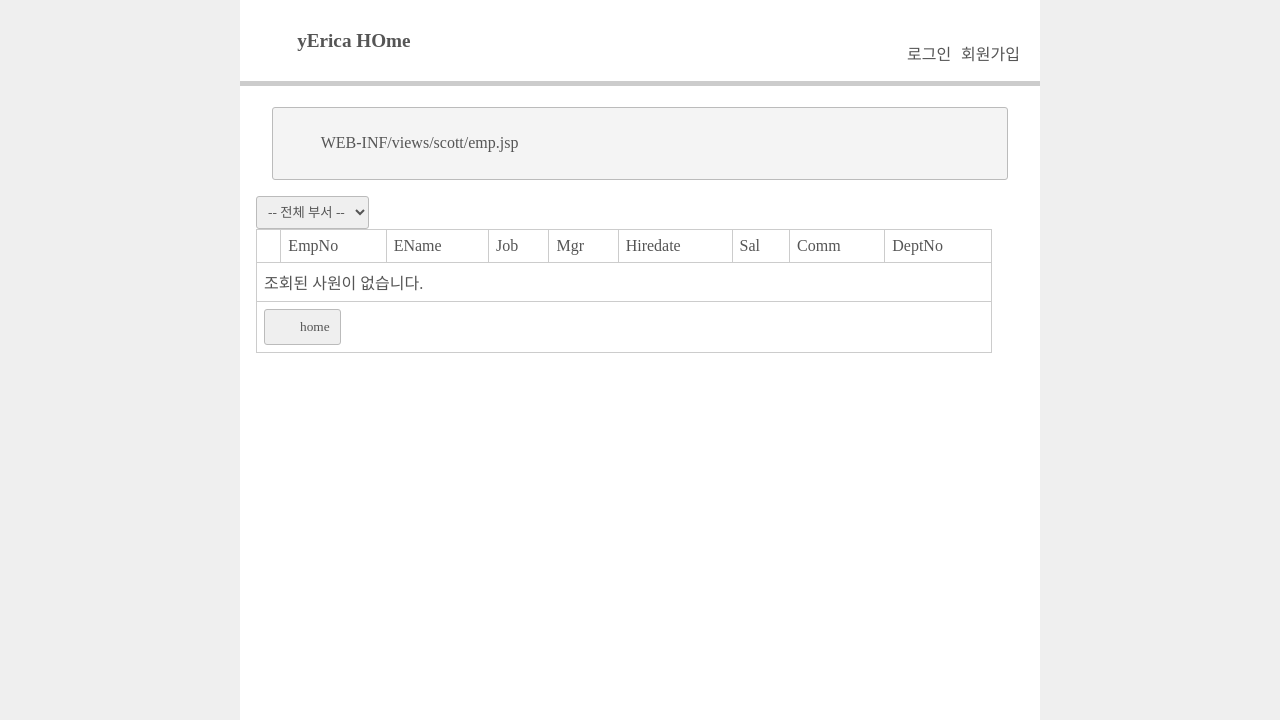
Repository: Yeji-Kim-Erica/SpringClass
Page: http://localhost/SL01_MVC_TEST/WEB-INF/views/scott/empdept.jsp
These files come from the project's save history. The page is drawn as it stood at one moment and after the next save; the edit follows.
The browser window is 1280 px wide. The pictures show the whole page.
Some web fonts or font styles are not loaded; a fallback is used. The page is served by Tomcat 9. Nobody is signed in. Other server files are loaded and not shown. The template is opened directly, without the code that normally fills it, so the values that code supplies are empty.

Above is the page before, as saved 2025-07-01 02:20:27.

### SL01_MVC_TEST/src/main/webapp/WEB-INF/views/scott/empdept.jsp
<%@ page contentType="text/html; charset=UTF-8" pageEncoding="UTF-8"%>
<%@ page trimDirectiveWhitespaces="true" %>
<%@ taglib prefix="c" uri="http://java.sun.com/jsp/jstl/core" %>
<!DOCTYPE html>
<html>
<head>
<meta charset="UTF-8">
<meta name="viewport" content="width=device-width, initial-scale=1.0">
<link rel="shortcut icon" type="image/x-icon" href="/images/SiSt.ico">
<title>EMP (2025. 6. 30. 오후 4:09:01)</title>
<link rel="stylesheet" href="/resources/cdn-main/example.css">
<script src="https://ajax.googleapis.com/ajax/libs/jquery/3.7.1/jquery.min.js"></script>
<script src="/resources/cdn-main/example.js"></script>
<style>
 span.material-symbols-outlined{
    vertical-align: text-bottom;
 }
</style>
</head>
<body>
<header>
  <h1 class="main"><a href="#" style="position: absolute;top:30px;">yErica HOme</a></h1>
  <ul>
    <li><a href="#">로그인</a></li>
    <li><a href="#">회원가입</a></li>
  </ul>
</header>
<div>
  <xmp class="code">
        WEB-INF/views/scott/emp.jsp
  </xmp>

  <div>
	  <form action="/scott/empdept" method="get">
	  <select id="deptno" name="deptno">
	  	<option value="">-- 전체 부서 --</option>
		<c:forEach items="${dlist}" var="dto">
	      <option value="${dto.deptno}" <c:if test="${param.deptno == dto.deptno}">selected</c:if>>
	      	${empty dto.dname ? '부서없음' : dto.dname} (${dto.deptno})
	      </option>
	    </c:forEach>
	  </select>
	  </form>
  </div>
  <div>
	  <table id="tbl-emp">
	  <caption></caption>
	  	<thead>
	  		<tr>
	  			<td></td>
	  			<td>EmpNo</td>
	  			<td>EName</td>
	  			<td>Job</td>
	  			<td>Mgr</td>
	  			<td>Hiredate</td>
	  			<td>Sal</td>
	  			<td>Comm</td>
	  			<td>DeptNo</td>
	  		</tr>
	  	</thead>
	  	<tbody>
            <c:if test="${empty elist}">
                <tr>
                    <td colspan="9">조회된 사원이 없습니다.</td>
                </tr>
            </c:if>
	  		<c:forEach items="${elist}" var="dto">
	  			<tr>
		  			<td><input type="checkbox" value="${ dto.empno }" name="empno"></td>
		  			<td>${dto.empno}</td>
		  			<td>${dto.ename}</td>
		  			<td>${dto.job}</td>
		  			<td>${dto.mgr}</td>
		  			<td>${dto.hiredate}</td>
		  			<td>${dto.sal}</td>
		  			<td>${dto.comm}</td>
		  			<td>${dto.deptno}</td>
	  			</tr>
	  		</c:forEach>
	  	</tbody>
	  	<tfoot>
	      <tr>
	        <td colspan="9">
	          <button id="home" class="home">home</button>
	        </td>
	      </tr>
	  	</tfoot>
	  </table>
	</div>
</div>

<script>
	$(function() {
		$("#deptno").on("change", function() {
			$("form").submit();
		});
	}); // document.ready() 닫기

</script>

</body>
</html>

### SL01_MVC_TEST/src/main/webapp/resources/cdn-main/example.css
@charset "UTF-8";

@import url('https://fonts.googleapis.com/css2?family=Material+Symbols+Outlined:opsz,wght,FILL,GRAD@20..48,100..700,0..1,-50..200');

@font-face {
    font-family: 'GmarketSansMedium';
    src: url('https://cdn.jsdelivr.net/gh/projectnoonnu/noonfonts_2001@1.1/GmarketSansMedium.woff') format('woff');
    font-weight: normal;
    font-style: normal;
}

:root {
	--text-color: #555;
	--sub-text-color: #777;
	--back-color: #EFEFEF;
	--header-color: #444;
	--primary-color: #DEDEDE;
	--secondary-color: #EFEFEF;
	--default-width: 800px;
	--narrow-width: 500px;
	--wide-width: 1200px;
	--text-font: 'GmarketSansMedium';
	--icon-font: 'Material Symbols Outlined';
	--border-color: #CCC;
}

html, body {
	margin: 0;
	padding: 0;
}

html {
	background-color: var(--back-color);
	display: flex;
	justify-content: center;
	min-height: 100vh;
}

body, body.default {
	width: var(--default-width);
	background-color: white;
	padding-bottom: 120px;
}

body.wide {
	width: var(--wide-width);
}

body.narrow {
	width: var(--narrow-width);
}



body, p, div, span, a, input, select, option, textarea, button, table, th, td, label, fieldset, legend {
	font-family: var(--text-font);
	color: var(--text-color);
}

h1, h2, h3 {
	font-family: var(--text-font);
	color: var(--header-color);
	padding: 0 1rem;
	padding-top: .5rem;
}

div > h1, div > h2, div > h3 {
	padding: 0;
}

body > div, body > main > div {
	padding: 0.3rem 1rem;
}


h1 { font-size: 2rem; border-bottom: 1px solid var(--border-color); }
h1 small { font-size: 1.2rem; color: var(--sub-text-color); }
h2 { font-size: 1.5rem; border-bottom: 1px dashed var(--border-color); }
h2 small { font-size: 1.1rem; color: --sub-text-color; }
h3 { font-size: 1.2rem; }
h3 small { font-size: 1rem; color: --sub-text-color; }



h1.main::before {
	font-family: var(--icon-font);
  	content: '\e666';
  	margin-right: 10px;
  	float: left;
	font-size: 2.5rem;
}

h1.sub::before {
	font-family: var(--icon-font);
  	content: '\ea19';
  	margin-right: 10px;
  	float: left;
	font-size: 2.5rem;
}


h1.page::before {
	font-family: var(--icon-font);
  	content: '\e0e0';
  	margin-right: 10px;
  	float: left;
	font-size: 2.5rem;
}

body > header > ul > li > .active{
	background-color: #FFF;
	color:#F00;
}

body > header {
	display: flex;
	justify-content: space-between;
	border-bottom: 5px solid var(--border-color);
	min-height: 74px;
	background-color: #FFF;
}

body > header.sticky {
	position: sticky;
	top: 0;
	z-index: 98;
}

body > header > h1 {
	font-size: 1.2rem;
	border: 0;
}

body > header.in > h1::before {
	font-family: var(--icon-font);
  	content: '\e332‥';
  	margin-right: 3px;
  	float: left;
	font-size: 2rem;
}


body > header > ul {
	list-style-type: none;
	display: flex;
	align-items: flex-end;
	margin-right: 10px;
}

body > header > ul > li {
	margin-right: 10px;
	cursor: pointer;
}

body > header > ul > li > a {
	cursor: pointer;
}


form {
	display: block;
}

form > div {
	padding: 0.3rem 1rem;
}

div > form > div {
	padding: 0.3rem 0;
}

input, textarea, button, select {
	border: 1px solid #BBB;
	border-radius: 3px;
	outline: none;
	resize: none;
	padding: 7px;
	margin: 0;
}

input[type=text]:read-only, textarea:read-only {
	cursor: not-allowed;
	background-color: #FFF;
}

input[type=text]:disabled, textarea:disabled {
	cursor: not-allowed;
	background-color: #EEE;
}

input[type=text], input[type=password], textarea, button, select {
	/* width: 300px; */
}

textarea {
	display: block;
	height: 100px;
}

input[type=button], input[type=submit], button {
	/* width: inherit; */
}

input.short, textarea.short, button.short, select.short {
	width: 100px;
}

input.long, textarea.long, button.long, select.long {
	width: 350px;
}

.narrow input.long, .narrow textarea.long, .narrow button.long, .narrow select.long {
	width: calc(100% - 20px);
}

input.full, textarea.full, button.full, select.full {
	width: calc(100% - 20px);
}

textarea.short {
	height: 50px;
}

textarea.long {
	height: 100px;
}

textarea.full {
	height: 200px;
}

input, textarea {
	padding-top: 8px;
}

input[type=button], input[type=submit], button {
	padding: 5px 10px;
	background-color: var(--secondary-color);
	cursor: pointer;
	min-height: 36px;
}

input[type=button].primary, input[type=submit].primary, button.primary {
	/* background-color: rgba(100, 149, 237, .2); */
	background-color: var(--primary-color);
}

input[type=button].primary:hover, input[type=submit].primary:hover, button.primary:hover {
	/* background-color: rgba(100, 149, 237, .3); */
	background-color: var(--secondary-color);
}

input[type=button]:hover, input[type=submit]:hover, button:hover {
	background-color: var(--primary-color);
}

button {
	position: relative;
	left: 0;
	top: 0;
	padding-left: 35px;
}

button .material-symbols-outlined {
	position: absolute;
	left: 10px;
	top: 4px;
}

/* k2nik add */
button.login::before {
	font-family: var(--icon-font);
  	content: '\ea77';
	position: absolute;
	left: 11px;
	top: 4px;
	font-size: 1.25rem;
}

/* k2nik logout */
button.logout::before {
	font-family: var(--icon-font);
  	content: '\e9ba';
	position: absolute;
	left: 11px;
	top: 4px;
	font-size: 1.25rem;
}

/* k2nik help */
button.help::before {
	font-family: var(--icon-font);
  	content: '\f1c0';
	position: absolute;
	left: 11px;
	top: 4px;
	font-size: 1.25rem;
}

button.add::before{
	font-family: var(--icon-font);
  	content: '\e746';
	position: absolute;
	left: 11px;
	top: 4px;
	font-size: 1.25rem;
}

button.back::before {
	font-family: var(--icon-font);
  	content: '\e166';
	position: absolute;
	left: 11px;
	top: 4px;
	font-size: 1.25rem;
}

button.list::before {
	font-family: var(--icon-font);
  	content: '\e0ee';
	position: absolute;
	left: 11px;
	top: 4px;
	font-size: 1.25rem;
}


button.del::before {
	font-family: var(--icon-font);
  	content: '\e872';
	position: absolute;
	left: 11px;
	top: 4px;
	font-size: 1.25rem;
}

button.alldel::before {
	font-family: var(--icon-font);
  	content: '\e92b';
	position: absolute;
	left: 11px;
	top: 4px;
	font-size: 1.25rem;
}


button.edit::before {
	font-family: var(--icon-font);
  	content: '\e745';
	position: absolute;
	left: 11px;
	top: 4px;
	font-size: 1.25rem;
}


button.login::before {
	font-family: var(--icon-font);
  	content: '\ea77';
	position: absolute;
	left: 11px;
	top: 4px;
	font-size: 1.25rem;
}


button.logout::before {
	font-family: var(--icon-font);
  	content: '\e9ba';
	position: absolute;
	left: 11px;
	top: 4px;
	font-size: 1.25rem;
}


button.in::before {
	font-family: var(--icon-font);
  	content: '\f71a';
	position: absolute;
	left: 11px;
	top: 4px;
	font-size: 1.25rem;
}


button.out::before {
	font-family: var(--icon-font);
  	content: '\f70e';
	position: absolute;
	left: 11px;
	top: 4px;
	font-size: 1.25rem;
}


button.reply::before {
	font-family: var(--icon-font);
  	content: '\e15e';
	position: absolute;
	left: 11px;
	top: 4px;
	font-size: 1.25rem;
}


button.comment::before {
	font-family: var(--icon-font);
  	content: '\e0b9';
	position: absolute;
	left: 11px;
	top: 4px;
	font-size: 1.25rem;
}


button.modal::before {
	font-family: var(--icon-font);
  	content: '\e89e';
	position: absolute;
	left: 11px;
	top: 4px;
	font-size: 1.25rem;
}


button.ok::before {
	font-family: var(--icon-font);
  	content: '\e86c';
	position: absolute;
	left: 11px;
	top: 4px;
	font-size: 1.25rem;
}


button.cancel::before {
	font-family: var(--icon-font);
  	content: '\e5c9';
	position: absolute;
	left: 11px;
	top: 4px;
	font-size: 1.25rem;
}

button.search::before {
	font-family: var(--icon-font);
  	content: '\e8b6';
	position: absolute;
	left: 11px;
	top: 4px;
	font-size: 1.25rem;
}

button.home::before {
	font-family: var(--icon-font);
  	content: '\e88a';
	position: absolute;
	left: 11px;
	top: 4px;
	font-size: 1.25rem;
}


button.sidebar::before {
	font-family: var(--icon-font);
  	content: '\f7e4';
	position: absolute;
	left: 11px;
	top: 4px;
	font-size: 1.25rem;
}


button.sidebar-right::before {
	font-family: var(--icon-font);
  	content: '\f7e5';
	position: absolute;
	left: 11px;
	top: 4px;
	font-size: 1.25rem;
}




button::before {
	font-family: var(--icon-font);
  	content: '\e323';
	position: absolute;
	left: 11px;
	top: 4px;
	font-size: 1.25rem;
}


table {
	border-collapse: collapse;
	margin: 1rem;
	box-sizing: border-box;
	width: calc(100% - 32px);
}

table.content {
	width: auto;
}

div > table {
	margin: 0;
}

table th, table td {
	border: 1px solid var(--border-color);
	padding: 7px;
	font-weight: normal;
}

table th {
	background-color: var(--back-color);
}

table.vertical th {
	width: 150px;
}

table.vertical td {
	width: calc(100% - 182px);
	padding-left: 10px;
}

table.content td, table.content th {
	width: auto;
}

body.narrow table.vertical th {
	width: 100px;
}

body.narrow table.vertical td {
	width: calc(100% - 182px);
}


table + table {
	margin-top: 30px;
}


p {
	padding: 0 1rem;
}

a {
	text-decoration: none;
}

a:hover {
	color: rgba(255, 99, 71, .7);
}

hr {
	border: 0;
	border-top: 1px solid var(--border-color);
	margin: 2rem 0;
}

.message {
	border: 1px solid var(--border-color);
	background-color: #EFEFEF;
	margin: 1rem;
	width: auto;
	padding-top: 10px;
	padding-bottom: 10px;
	font-size: 14px;
}

.message[title]::before {
	content: attr(title);
	display: block;
	border-bottom: 1px solid var(--border-color);
	padding-bottom: 5px;
	margin-bottom: 10px;
	margin-top: 7px;
}

.message.short {
	max-width: 250px;
}

.message.long {
	max-width: 500px;
}

.badge {
	float: right;
	font-size: .8rem;
	margin-top: 2px;
	margin-right: 2px;
	text-shadow: 0 0 7px gray;
}

.badge.left {
	float: none;
	margin-left: 2px;
}

.badge.right {
	float: right;
}

.badge.red {
	border-radius: 50%;
	padding: 2px 5px;
	background-color: rgb(255, 99, 71, .3);
}

.badge.yellow {

	border-radius: 50%;
	padding: 2px 5px;
	background-color: rgb(255, 215, 0, .5);
}

.badge.blue {
	border-radius: 50%;
	padding: 2px 5px;
	background-color: rgb(100, 149, 237, .3);
}

label + label {
	margin-left: 7px;
}

label input[type=checkbox], label input[type=radio] {
	transform: translate(0, 1px);
}

.group {
	display: flex;
}

.modal-content .group {
	margin-bottom: .5rem;
}

.group label {
	border: 1px solid #BBB;
	border-radius: 3px;
	outline: none;
	resize: none;
	padding: 7px 14px;
	margin: 0;
	border-top-right-radius: 0;
	border-bottom-right-radius: 0;
	background-color: #EFEFEF;
	white-space: nowrap;
	font-size: 14px;
}

.group input[type=text] {
	margin-left: -1px;
	border-top-left-radius: 0;
	border-bottom-left-radius: 0;
}

.group select {
	margin-left: -1px;
	border-top-left-radius: 0;
	border-bottom-left-radius: 0;
}

.group input.full[type=text] {
	margin-left: -1px;
	border-top-left-radius: 0;
	border-bottom-left-radius: 0;
	width: 100%;
}

.group input[type=button]:first-child, .group button:first-child {
	border-top-left-radius: 3px;
	border-bottom-left-radius: 3px;
	margin-left: 0px;
}

.group input[type=button], .group button {
	border-radius: 0;
	margin-left: -1px;
}

.group input[type=button]:last-child, .group button:last-child {
	margin-left: -1px;
	border-top-right-radius: 3px;
	border-bottom-right-radius: 3px;
}

.seperate {
	display: flex;
	justify-content: space-between;
}

div.list {
	width: max-content;
	margin: 1rem;
	border: 1px solid #BBB;
	border-radius: 3px;
	padding: 0;
}

div.list.full {
	width: auto;
	display: block;
	margin: 1rem;
	border: 1px solid #BBB;
	border-radius: 3px;
	padding: 0;
}

div.list > div {
	padding: .5rem 1rem;
	margin: 0;
	border-bottom: 1px solid #BBB;
}

div.list > div:last-child {
	border-bottom: 0;
}

pre.code , xmp.code{
	font-family: consols;
	background-color: rgba(150, 150, 150, .1);
	border: 1px solid #BBB;
	border-radius: 3px;
	padding: .5rem 1rem;
	padding-bottom: .6rem;
	margin: 1rem;
}




*[data-modal-window] {
	position: fixed;
	background-color: rgba(0, 0, 0, .3);
	left: 0;
	top: 0;
	display: none;
	justify-content: center;
	align-items: flex-start;
	width: 100%;
	min-height: 100vh;
	z-index: 100;
	opacity: 0;
	transition: 500ms all;
}

*[data-modal-window] .modal-container {
	border-radius: 5px;
	padding: 1rem;
	padding-bottom: .5rem;
	margin-top: -500px;
	opacity: 0;
	width: 500px;
	background-color: #FFF;
	margin-right: 2rem;
	transition: 500ms all;
}

*[data-modal-size=content] .modal-container {
	width: auto;
}

*[data-modal-size=narrow] .modal-container {
	width: 300px;
}

*[data-modal-size=wide] .modal-container {
	width: 760px;
}


*[data-modal-window] .modal-header {
	border-bottom: 1px solid var(--border-color);
	padding: 2px 5px;
}

*[data-modal-window] .modal-content {
	padding: 1rem 5px;
}

*[data-modal-window] .modal-content div:last-child {
	margin-top: 1rem;
	text-align: right;
}



*[data-sidebar-window] {
	position: fixed;
	background-color: #FFF;
	left: 0;
	top: 0;
	display: block;
	width: 300px;
	border-right: 1px solid var(--border-color);
	box-sizing: border-box;
	box-shadow: 0 0 3px var(--back-color);
	min-height: 100vh;
	z-index: 99;
	transform: translate(-300px, 0);
	transition-duration: 500ms;
	transition-property: transform;
}

*[data-sidebar-direction=right] {
	left: auto;
	right: 0;
	transform: translate(300px, 0);
	border-left: 1px solid var(--border-color);
}

*[data-sidebar-size=wide] {
	width: 500px;
	transform: translate(-500px, 0);
}

*[data-sidebar-window] .sidebar-title {
	border-bottom: 1px solid var(--border-color);
	margin-top: 20px;
	margin-bottom: 20px;
	padding-bottom: 5px;
	display: flex;
	justify-content: space-between;
}

*[data-sidebar-window] .sidebar-title span:last-child {
	cursor: pointer;
}


/* K2Nik pagination */
.center {
  text-align: center;
}

.pagination {
  display: inline-block;
}

.pagination a {
  color: black;
  float: left;
  padding: 3px 6px;
  text-decoration: none;
  transition: background-color .3s;
  border: 1px solid #ddd;
  margin: 0 3px;
}

.pagination a.active {
  background-color: #4CAF50;
  color: white;
  border: 1px solid #4CAF50;
}

.pagination a:hover:not(.active) {background-color: #ddd;}

### SL01_MVC_TEST/src/main/webapp/resources/cdn-main/example.js

window.onload = () => {

    const list = document.querySelectorAll('input, textarea');

    list.forEach(item => {
        item.setAttribute('autocomplete', 'off');
    });


    const modal_btn_list = document.querySelectorAll('*[data-modal-button]');

    modal_btn_list.forEach(item => {
        item.onclick = function() {

            const name = this.dataset['modalButton'];
            const modal_window = document.querySelector('*[data-modal-window=' + name);

            const container = document.createElement('div');
            container.className = 'modal-container';



            const modal_header = document.createElement('div');
            modal_header.textContent = modal_window.dataset['modalTitle'];
            modal_header.className = 'modal-header';
            container.appendChild(modal_header);

            const modal_content = document.createElement('div');
            modal_content.className = 'modal-content';
            container.appendChild(modal_content);

            Array.from(modal_window.childNodes).forEach(item => {
                modal_content.appendChild(item);
            });

            modal_window.appendChild(container);

            modal_window.style.display = 'flex';

            setTimeout(() => {
                modal_window.style.opacity = 1;
                container.style.marginTop = '20px';
                container.style.opacity = 1;
            }, 50);


            const modal_ok = document.querySelector('*[data-modal-ok=' + name);
            modal_ok.addEventListener('click', function() {
                modal_window.style.opacity = 0;
                container.style.marginTop = '-500px';
                container.style.opacity = 0;

                setTimeout(() => {
                    modal_window.innerHTML = modal_content.innerHTML;
                    modal_window.style.display = 'none';
                }, 500);

            });

            const modal_cancel = document.querySelector('*[data-modal-cancel=' + name);
            modal_cancel.addEventListener('click', function() {

                modal_window.style.opacity = 0;
                container.style.marginTop = '-500px';
                container.style.opacity = 0;

                setTimeout(() => {
                    modal_window.innerHTML = modal_content.innerHTML;
                    modal_window.style.display = 'none';
                }, 500);
            });


        };
    });


    const sidebar_btn_list = document.querySelectorAll('*[data-sidebar-button]');

    sidebar_btn_list.forEach(item => {
        item.onclick = function() {



            const name = this.dataset['sidebarButton'];
            const sidebar_window = document.querySelector('*[data-sidebar-window=' + name);

            if (sidebar_window.style.transform == 'translate(0px, 0px)') return;



            sidebar_window.style.transform = 'translate(0, 0)';

            const sidebar_title = document.createElement('div');
            sidebar_title.className = 'sidebar-title';
            sidebar_title.innerHTML = '<span>' + sidebar_window.dataset['sidebarTitle'] + '</span><span class="material-symbols-outlined">close</span>';

            sidebar_title.children[1].onclick = function() {

                let sign = 1;
                let distance = 300;

                if (sidebar_window.dataset['sidebarDirection'] != 'right') {
                    sign = -1;
                } else {
                    sign = 1;
                }

                if (sidebar_window.dataset['sidebarSize'] != 'wide') {
                    distance = 300;
                } else {
                    distance = 500;
                }

                distance *= sign;

                sidebar_window.style.transform = 'translate(' + distance + 'px, 0)';

                setTimeout(function() {
                    sidebar_window.removeChild(sidebar_window.children[0]);
                }, 500);
            };


            sidebar_window.prepend(sidebar_title);

        }
    });

};

// window.onkeydown = function(event) {

//     if (event.keyCode == 27) {
//         if (document.querySelector('[data-modal-window').style.display == 'flex') {
//             document.querySelector('[data-modal-window').style.display = 'none';
//         }
//     }

// };

After the next save:
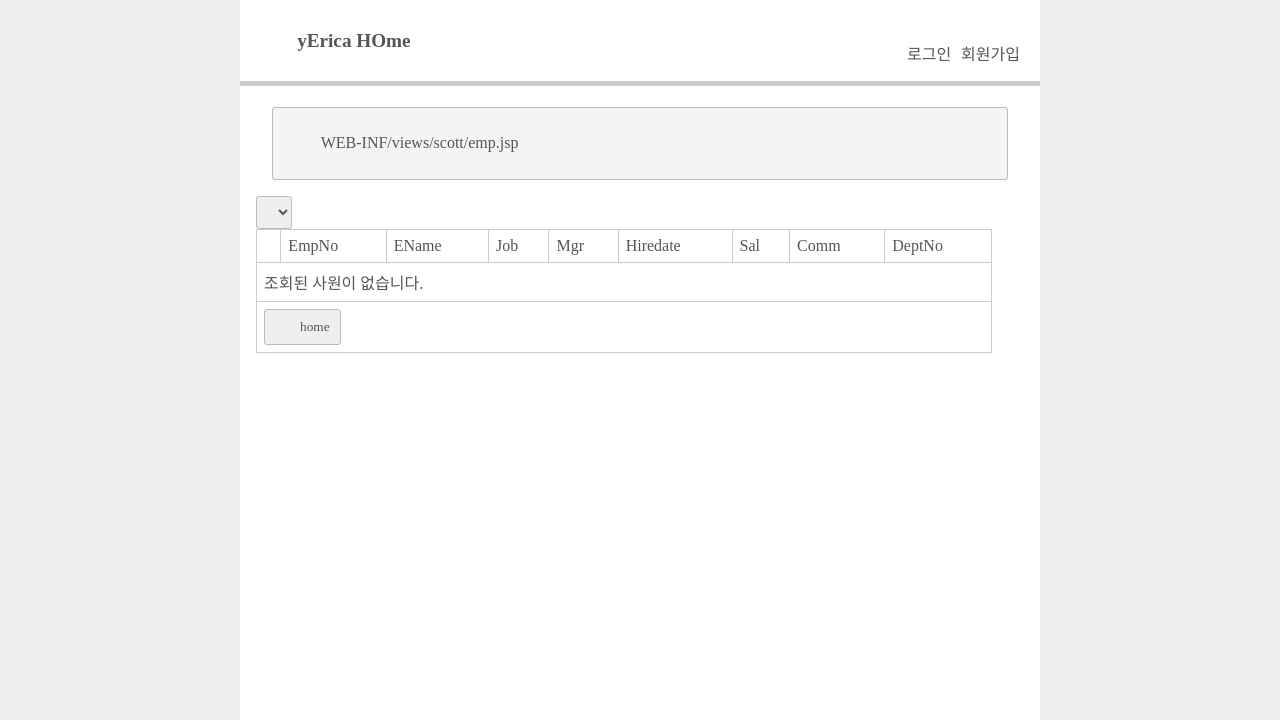
Saved 39 s later.
--- a/SL01_MVC_TEST/src/main/webapp/WEB-INF/views/scott/empdept.jsp
+++ b/SL01_MVC_TEST/src/main/webapp/WEB-INF/views/scott/empdept.jsp
@@ -33,7 +33,6 @@
   <div>
 	  <form action="/scott/empdept" method="get">
 	  <select id="deptno" name="deptno">
-	  	<option value="">-- 전체 부서 --</option>
 		<c:forEach items="${dlist}" var="dto">
 	      <option value="${dto.deptno}" <c:if test="${param.deptno == dto.deptno}">selected</c:if>>
 	      	${empty dto.dname ? '부서없음' : dto.dname} (${dto.deptno})
